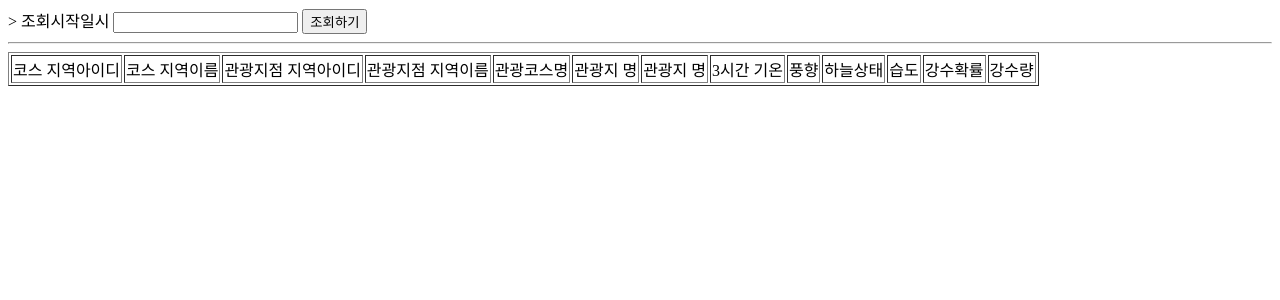
Repository: jeehui/JSPStudy
Page: http://localhost/OPENAPI_PRAC/tour/tour.jsp
The author's editor kept a copy of each file at every save. The page is drawn from the files as they stood at one save, then again after the next save.
The browser window is 1280 px wide. The pictures show the whole page.
The page is served by Tomcat 9. Other server files are loaded and not shown.

Above is the page before, as saved 2022-05-04 06:36:50.
Console error: SyntaxError: Unexpected string

### OPENAPI_PRAC/src/main/webapp/tour/tour.jsp
<%@ page language="java" contentType="text/html; charset=UTF-8"
    pageEncoding="UTF-8"%>
<!DOCTYPE html>
<html>
<head>
<meta charset="UTF-8">
<title>Insert title here</title>
<script src="https://code.jquery.com/jquery-3.6.0.js" integrity="sha256-H+K7U5CnXl1h5ywQfKtSj8PCmoN9aaq30gDh27Xc0jk=" crossorigin="anonymous"></script>
<script src="https://code.jquery.com/ui/1.13.1/jquery-ui.js" integrity="sha256-6XMVI0zB8cRzfZjqKcD01PBsAy3FlDASrlC8SxCpInY=" crossorigin="anonymous"></script>>
<link rel="stylesheet" href="https://code.jquery.com/ui/1.13.1/themes/base/jquery-ui.css">
<script>

	$(documoent).ready(function(){
		fnTourStnInfoSvc();
		$('#currenDate').datepicker({
		'showOn': 'focus' // both
		'dateFormat': 'yymmdd'
		})
	})


	function fnTourStnInfoSvc(){
		$('#btn_tour').on('click', funtion(){
			$.ajax({
				url: '/OPENAPI/tourStnInfoSvc.do',
				type: 'get',
				dataType:'json',
				success: function(responseText){
					$('#focInfo').empty();
					$.each($(responseText).find('item'), function(i, item){
						var tr = '<tr>';
						tr += '<td>' + $(item).find('courseAreaId').text()+ '</td>';
						tr += '<td>' + $(item).find('courseAreaName').text()+ '</td>';
						tr += '<td>' + $(item).find('spotAreaId').text()+ '</td>';
						tr += '<td>' + $(item).find('spotAreaName').text()+ '</td>';
						tr += '<td>' + $(item).find('courseName').text()+ '</td>';
						tr += '<td>' + $(item).find('spotName').text()+ '</td>';
						tr += '<td>' + $(item).find('thema').text()+ '</td>';
						tr += '<td>' + $(item).find('th3').text()+ '</td>';
						tr += '<td>' + $(item).find('wd').text()+ '</td>';
						tr += '<td>' + $(item).find('ws').text()+ '</td>';
						tr += '<td>' + $(item).find('sky').text()+ '</td>';
						tr += '<td>' + $(item).find('rhm').text()+ '</td>';
						tr += '<td>' + $(item).find('pop').text()+ '</td>';
						tr += '<td>' + $(item).find('rn').text()+ '</td>';
					})
				}
			})
		})
	}

</script>
</head>
<body>


	<label for="current">
		조회시작일시
		<input type="text" id="currentDate" name="currentDate">
	</label>
	<input type="button" value="조회하기" id="btn_tour">

	<hr>

	<table border="1">
		<thead>
			<tr>
				<td>코스 지역아이디</td>
				<td>코스 지역이름</td>
				<td>관광지점 지역아이디</td>
				<td>관광지점 지역이름</td>
				<td>관광코스명</td>
				<td>관광지 명</td>
				<td>관광지 명</td>
				<td>3시간 기온</td>
				<td>풍향</td>
				<td>하늘상태</td>
				<td>습도</td>
				<td>강수확률</td>
				<td>강수량</td>
			</tr>
		</thead>
		<tbody id="focInfo">

		</tbody>
	</table>
</body>
</html>

After the next save:
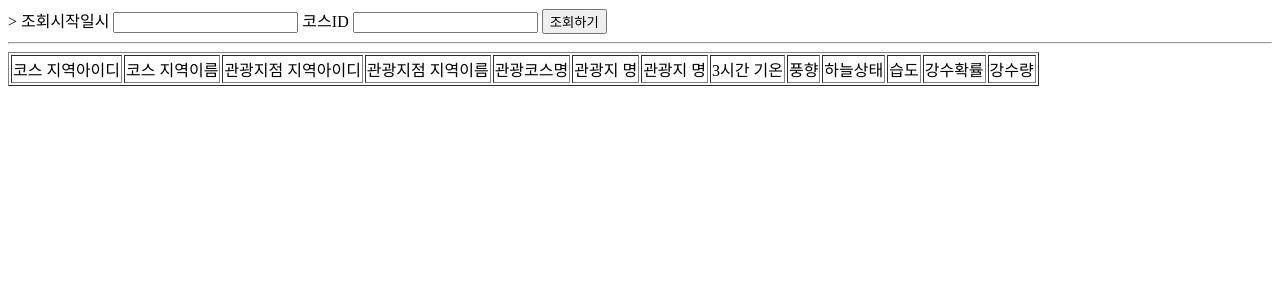
Saved 67 s later.
--- a/OPENAPI_PRAC/src/main/webapp/tour/tour.jsp
+++ b/OPENAPI_PRAC/src/main/webapp/tour/tour.jsp
@@ -58,6 +58,10 @@
 		조회시작일시
 		<input type="text" id="currentDate" name="currentDate">
 	</label>
+	<label for="courseID">
+		코스ID
+		<input type="text" id="courseId" name="courseId">
+	</label>
 	<input type="button" value="조회하기" id="btn_tour">
 
 	<hr>
